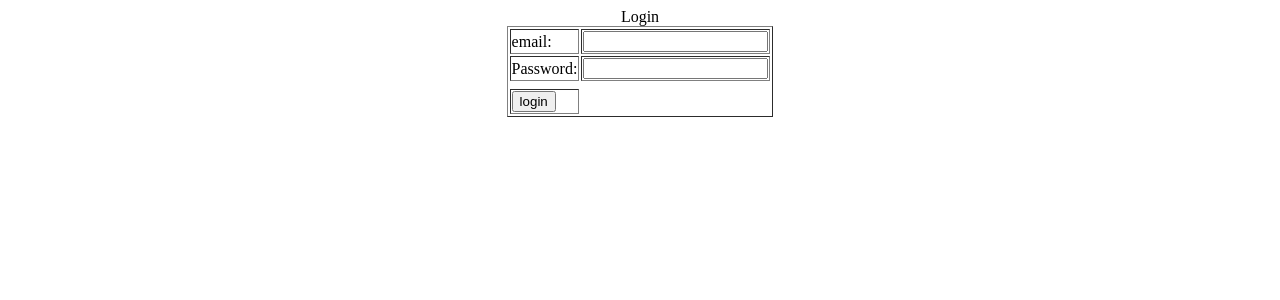
Repository: MorPhingG/JavaWeb
Page: http://localhost/Login/Login.jsp
The author's editor kept a copy of each file at every save. The page is drawn from the files as they stood at one save, then again after the next save.
The browser window is 1280 px wide. The pictures show the whole page.
The page is served by Tomcat 9.

Above is the page before, as saved 2016-04-24 16:25:47.

### Login/WebContent/Login.jsp
<%@ page language="java" import="java.util.*" pageEncoding="UTF-8"%>
<%
String path = request.getContextPath();
String basePath = request.getScheme()+"://"+request.getServerName()+":"+request.getServerPort()+path+"/";
%>

<!DOCTYPE HTML PUBLIC "-//W3C//DTD HTML 4.01 Transitional//EN">
<html>
  <head>
    <base href="<%=basePath%>">

    <title>Login</title>

	<meta http-equiv="pragma" content="no-cache">
	<meta http-equiv="cache-control" content="no-cache">
	<meta http-equiv="expires" content="0">
	<meta http-equiv="keywords" content="keyword1,keyword2,keyword3">
	<meta http-equiv="description" content="This is my page">
	<!--
	<link rel="stylesheet" type="text/css" href="styles.css">
	-->

  </head>

  <body>
    <center>
    Login<br>
 	<form action = "LoginSuccess.jsp" method="post">
 	<TABLE BORDER="1">
 	<TR>
 		<TD>email:</TD>
 		<TD><input type = "text" name = "email"></TD>
 	</TR>
 	<TR>
 		<TD>Password:</TD>
 		<TD><input type = "password" name = "password"></TD>
 	</TR>
 	<TR></TR>
 	<TR></TR>
 	<TR></TR>
	<TD>
 	<input type="submit" value="login"></TD>
 	</form>
    </center>
  </body>
</html>

After the next save:
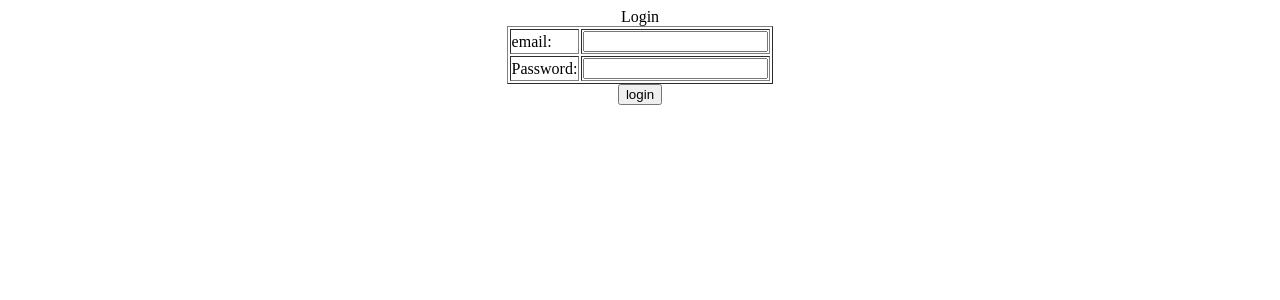
Saved 58 s later.
--- a/Login/WebContent/Login.jsp
+++ b/Login/WebContent/Login.jsp
@@ -35,11 +35,8 @@ String basePath = request.getScheme()+"://"+request.getServerName()+":"+request.
  		<TD>Password:</TD>
  		<TD><input type = "password" name = "password"></TD>
  	</TR>
- 	<TR></TR>
- 	<TR></TR>
- 	<TR></TR>
-	<TD>
- 	<input type="submit" value="login"></TD>
+ 	</TABLE>
+	<TD><input type="submit" value="login"></TD>
  	</form>
     </center>
   </body>
